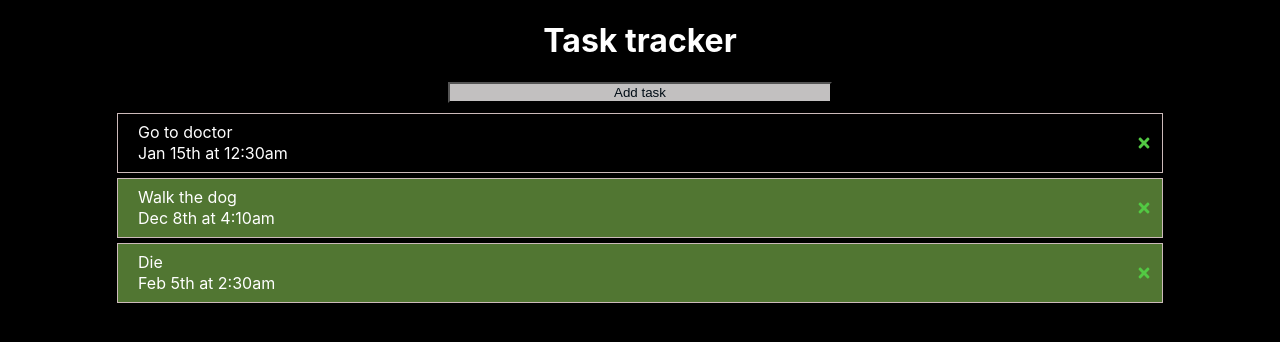
Repository: roscaImarius/task-tracker-react
Page: /
These files come from the project's save history. The page is drawn as it stood at one moment and after the next save; the edit follows.
The browser window is 1280 px wide. The pictures show the whole page.
The project was rebuilt for these pictures with package versions that can differ from the ones it lists, and the page was loaded fresh each time. Also part of the build but not shown: src/components/AddTask.js.

Above is the page before, as saved 2021-03-31 13:48:32.

### src/App.js
import "./App.css";
import Header from "./components/Header";
import React, { useState } from "react";

function App() {
  const [showAdd, setShowAdd] = useState(false);
  const [tasks, setTasks] = useState([
    {
      id: 1,
      text: "Go to doctor",
      day: "Jan 15th at 12:30am",
      reminder: false,
    },
    {
      id: 2,
      text: "Walk the dog",
      day: "Dec 8th at 4:10am",
      reminder: true,
    },
    {
      id: 3,
      text: "Die",
      day: "Feb 5th at 2:30am",
      reminder: true,
    },
  ]);

  // show add form
  const onClickAdd = () => {
    setShowAdd(!showAdd);
  };

  // save task
  const onSaveTask = (task) => {
    let randId = new Date().getTime();
    const newTask = { id: randId, ...task };
    console.log(newTask);
    setTasks([...tasks, newTask]);
    setShowAdd(false);
  };

  //delete task
  const onDelete = (id) => {
    setTasks(tasks.filter((t) => t.id !== id));
  };
  // Mark task
  const onDubleClick = (id) => {
    setTasks(
      tasks.map((task) =>
        task.id === id ? { ...task, reminder: !task.reminder } : task
      )
    );
  };
  return (
    <div className="App">
      <Header
        showAdd={showAdd}
        setShowAdd={setShowAdd}
        title={"Task tracker"}
        onDelete={onDelete}
        onSaveTask={onSaveTask}
        onClickAdd={onClickAdd}
        onDubleClick={onDubleClick}
        tasks={tasks}
      />
      {tasks.length === 0 ? <p>No tasks to show</p> : null}
    </div>
  );
}

export default App;

### src/App.css
.App {
  text-align: center;
}
body {
  background-color: black;
  color: white;
}

/* HEADER */
.header-container {
  display: flex;
  flex-direction: column;
}
.add-btn {
  background-color: black;
  color: rgb(2, 13, 22);
  margin: auto;
  width: 30%;
}
.task {
  display: flex;
  justify-content: space-between;
  padding-left: 20px;
  margin: auto;
  line-height: 5px;
  margin-bottom: 5px;
  border: 1px solid rgb(204, 186, 186);
  width: 80%;
  text-align: start;
}
.x {
  margin-right: 10px;
  color: rgb(82, 201, 67);
  margin: auto 5px;
  cursor: pointer;
  padding: 5px;
}
.marked {
  background-color: rgba(161, 236, 100, 0.5);
}
/* FORM */
.form-field {
  margin: 0 auto;
  display: flex;
  flex-direction: column;
  text-align: start;
  width: 80%;
  box-sizing: border-box;
}
.form-container {
  margin: auto;
  width: 70%;
  display: inline-block;
  padding: 10px;
  border: 1px solid gray;
  margin-bottom: 10px;
}
.saveTask {
  background-color: rgb(194, 192, 192);
}
input {
  background-color: rgb(209, 206, 206);
}

### src/components/Header.js
import React from "react";
import PropTypes from "prop-types";
import Tasks from "./Tasks";
import Button from "./Button";
import AddTask from "./AddTask";

const Header = ({
  title,
  onClickAdd,
  onDelete,
  onSaveTask,
  onDubleClick,
  tasks,
  showAdd,
  setShowAdd,
}) => {
  return (
    <header className="header-container">
      <h1>{title}</h1>
      <Button
        onClick={onClickAdd}
        showAdd={showAdd}
        setShowAdd={setShowAdd}
        // color={showAdd? 'green' : 'red'}
      />
      {showAdd && <AddTask onSaveTask={onSaveTask} />}
      <Tasks onDelete={onDelete} onDubleClick={onDubleClick} tasks={tasks} />
    </header>
  );
};

Header.defaultProps = {
  title: "Task tracker",
};

Header.propTypes = {
  title: PropTypes.string.isRequired,
};

export default Header;

### src/components/Tasks.js
import React from "react";
import Task from "./Task";

const Tasks = ({ tasks, onDubleClick, onDelete }) => {
  return (
    <div>
      {tasks.map((t) => (
        <Task
          key={t.id}
          onDubleClick={onDubleClick}
          onDelete={onDelete}
          t={t}
        />
      ))}
    </div>
  );
};

export default Tasks;

### src/components/Button.js
import React from "react";

const Button = ({ color, showAdd, onClick }) => {
  return (
    <button
      onClick={onClick}
      style={{ backgroundColor: color, marginBottom: "10px" }}
      className="add-btn"
    >
      {showAdd ? "Cancel add task " : "Add task"}
    </button>
  );
};
Button.defaultProps = {
  color: " rgb(194, 192, 192)",
};

export default Button;

### src/components/Task.js
import React from "react";
import { FaTimes } from "react-icons/fa";

const Task = ({ t, onDubleClick, onDelete }) => {
  return (
    <div
      className={`task ${t.reminder ? "marked " : ""}`}
      onDoubleClick={() => onDubleClick(t.id)}
    >
      <div>
        <p>{t.text}</p>
        <p>{t.day}</p>
      </div>
      <FaTimes className="x" onClick={() => onDelete(t.id)} />
    </div>
  );
};

export default Task;

Loaded but not shown: public/index.html (common file); src/index.js (common file); src/index.css (common file); src/reportWebVitals.js (common file)

After the next save:
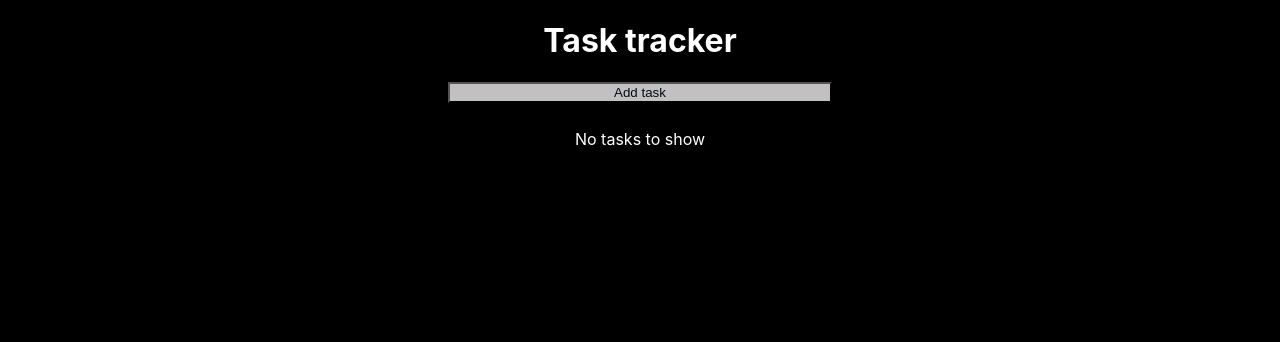
Saved 2 min 27 s later.
--- a/src/App.js
+++ b/src/App.js
@@ -4,26 +4,7 @@
 
 function App() {
   const [showAdd, setShowAdd] = useState(false);
-  const [tasks, setTasks] = useState([
-    {
-      id: 1,
-      text: "Go to doctor",
-      day: "Jan 15th at 12:30am",
-      reminder: false,
-    },
-    {
-      id: 2,
-      text: "Walk the dog",
-      day: "Dec 8th at 4:10am",
-      reminder: true,
-    },
-    {
-      id: 3,
-      text: "Die",
-      day: "Feb 5th at 2:30am",
-      reminder: true,
-    },
-  ]);
+  const [tasks, setTasks] = useState([]);
 
   // show add form
   const onClickAdd = () => {
